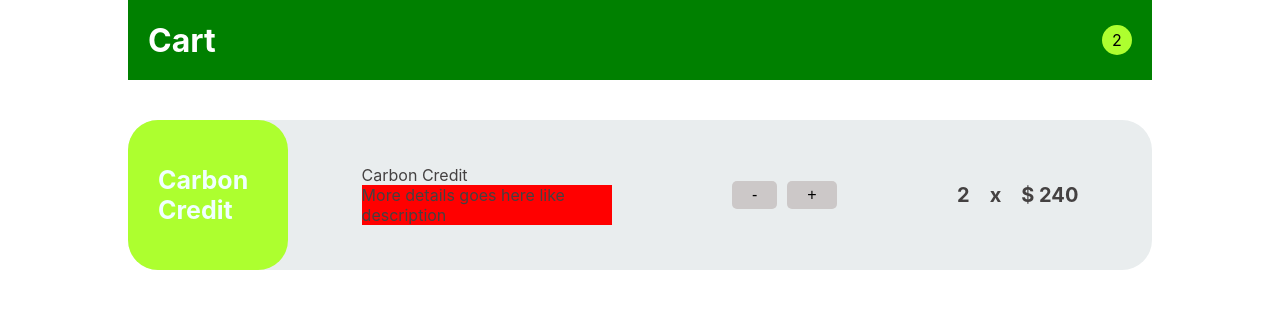
Repository: Yowani24/CarbonApp
Page: /cart
These files come from the project's save history. The page is drawn as it stood at one moment and after a run of saves; the edit follows.
The browser window is 1280 px wide. The pictures show the whole page.
The project was rebuilt for these pictures with package versions that can differ from the ones it lists, and the page was loaded fresh each time. The framework's server and built-in components were replaced by stand-ins that run in the browser. Also part of the build but not shown: next.config.js.

Above is the page before, as saved 2021-09-26 20:55:34.

### pages/_app.js
import '../styles/globals.css'
import Cart from './cart';

function MyApp({ Component, pageProps }) {
  return (
    <>
      <Component {...pageProps} />
    </>
  );
}

export default MyApp

### pages/cart/index.js
import React from 'react';
import Head from 'next/head'

import styles from './Cart.module.css'

export default function Cart(props) {
    return (
        <>
          <Head>
              <title>Cart</title>
          </Head>
          <header>
              <div className={styles.interface}>
                    <div className={styles.header_content}>
                        <h1>Cart</h1>
                        <p>2</p>
                    </div>
              </div>
          </header>

          <section>
              <div className={styles.interface}>
                  <div className={styles.boxes}>
                      <div className={styles.content_box}>
                          <div className={styles.box}>
                              <h3>Carbon Credit</h3>
                          </div>

                          <div className={styles.product_details}>
                            <div className={styles.description}>
                                <p>Carbon Credit</p>
                                <p>More details goes here like description</p>
                            </div>

                            <div className={styles.quantity_controls}>
                                <button>-</button>
                                <button>+</button>
                            </div>

                            <div className={styles.current_money}>
                                <p>2</p>
                                <span>x</span>
                                <p>$ 240</p>
                            </div>
                          </div>
                      </div>
                  </div>
              </div>
          </section>
        </>
    )
}

### styles/globals.css
html,
body {
  padding: 0;
  margin: 0;
  font-family: -apple-system, BlinkMacSystemFont, Segoe UI, Roboto, Oxygen,
    Ubuntu, Cantarell, Fira Sans, Droid Sans, Helvetica Neue, sans-serif;
}

a {
  color: inherit;
  text-decoration: none;
}

* {
  margin: 0;
  box-sizing: border-box;
}

### pages/cart/Cart.module.css
.interface{
    width: 80%;
    margin: 0 auto;
}
.header_content{
    display: flex;
    justify-content: space-between;
    align-items: center;
    height: 80px;
    padding: 0 20px;
    background: green;
}
.header_content h1{
    color: #FFFFFF;
}
.header_content p{
    background: greenyellow;
    display: flex;
    justify-content: center;
    align-items:center;
    width: 30px;
    height: 30px;
    border-radius: 100%;
}


.boxes{
    margin-top: 40px;
}
.content_box{
    width: 100%;
    height: 150px;
    background:rgb(233, 237, 238);
    border-radius: 30px;

    display: flex;
    align-items:center;
}
.box{
    width: 160px;
    background: greenyellow;
    height: 100%;
    border-radius: 30px;

    display: flex;
    justify-content: center;
    align-items: center;
}
.box h3{
    font-size: 25px;
    width: 100px;
    color: azure;
}
.product_details{
    display: flex;
    justify-content: space-between;
    align-items: center;
    width: 70%;
    margin: 0 auto;
    color: hsl(0, 2%, 26%);
}
.description p:nth-child(2){
    width: 250px;
    background: red;
}
.quantity_controls button{
    border: none;
    padding: 5px 20px;
    margin: 0 5px;
    border-radius: 5px;
    font-size: 16px;
    background: rgb(204, 200, 200);
}
.quantity_controls button:active{
    background: rgb(148, 146, 146);
}
.current_money{
    display: flex;
    font-size: 20px;
    font-weight: bold;
}
.current_money span{
    padding: 0 20px;
}

After the next 2 saves:
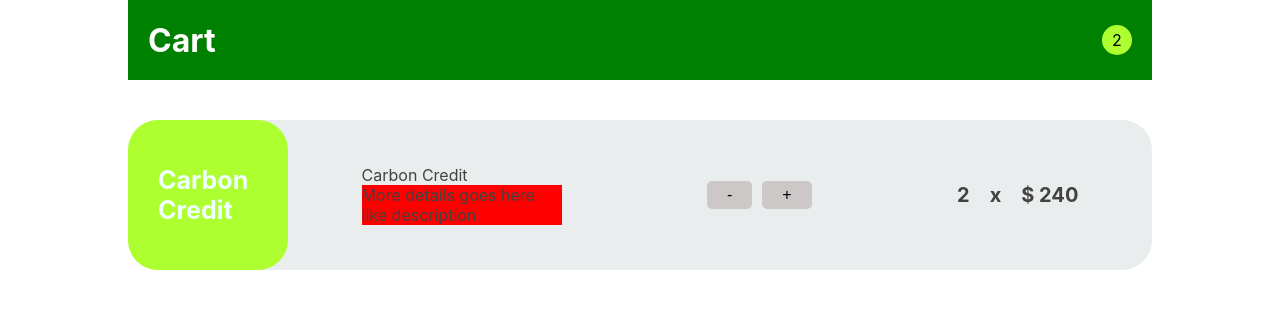
The 2 saves are shown as one change because they came seconds apart.
The last was saved 9 s later.
--- a/pages/cart/Cart.module.css
+++ b/pages/cart/Cart.module.css
@@ -60,7 +60,7 @@
     color: hsl(0, 2%, 26%);
 }
 .description p:nth-child(2){
-    width: 250px;
+    width: 200px;
     background: red;
 }
 .quantity_controls button{
